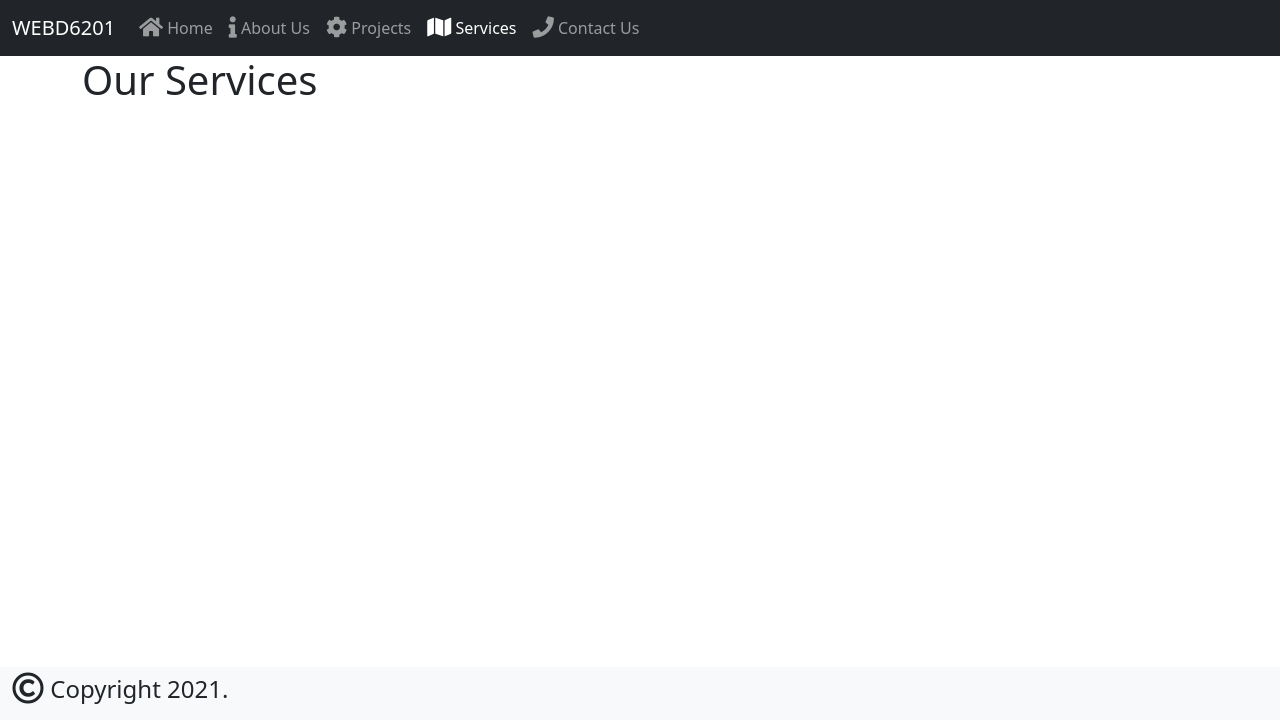
Repository: MuzhdaEhsan/WEBD6201-W2021-ICE1
Page: WEBD6201-W2021-ICE1/services.html
These files come from the project's save history. The page is drawn as it stood at one moment and after the next save; the edit follows.
The browser window is 1280 px wide. The pictures show the whole page.

Above is the page before, as saved 2021-01-22 01:12:45.
Console error: TypeError: Cannot set properties of null (setting 'textContent')

### WEBD6201-W2021-ICE1/services.html
<!DOCTYPE html>
<html lang="en">
<head>
    <meta charset="UTF-8">
    <meta name="viewport" content="width=device-width, initial-scale=1.0">
    <title>Services</title>
    <!-- CSS Section -->
    <link rel="stylesheet" href="./node_modules/bootstrap/dist/css/bootstrap.min.css">
    <link rel="stylesheet" href="./node_modules/@fortawesome/fontawesome-free/css/all.min.css">
    <link rel="stylesheet" href="./Content/app.css">
</head>
<body>
    <!-- Main Header -->
    <header>
        <!-- Main Navigation -->
        <nav class="navbar navbar-expand-lg navbar-dark bg-dark">
            <div class="container-fluid">
              <a class="navbar-brand" href="index.html">WEBD6201</a>
              <button class="navbar-toggler" type="button" data-bs-toggle="collapse" data-bs-target="#navbarSupportedContent" aria-controls="navbarSupportedContent" aria-expanded="false" aria-label="Toggle navigation">
                <span class="navbar-toggler-icon"></span>
              </button>
              <div class="collapse navbar-collapse" id="navbarSupportedContent">
                <ul class="navbar-nav me-auto mb-2 mb-lg-0">
                  <li class="nav-item">
                    <a class="nav-link" aria-current="page" href="index.html"><i class="fas fa-home fa-lg"></i> Home</a>
                  </li>

                  <li class="nav-item">
                    <a class="nav-link" aria-current="page" href="about.html"><i class="fas fa-info fa-lg"></i> About Us</a>
                  </li>

                  <li class="nav-item">
                    <a class="nav-link" aria-current="page" href="projects.html"><i class="fas fa-cog fa-lg"></i> Projects</a>
                  </li>

                  <li class="nav-item">
                    <a class="nav-link active" aria-current="page" href="services.html"><i class="fas fa-map fa-lg"></i> Services</a>
                  </li>

                  <li class="nav-item">
                    <a class="nav-link" aria-current="page" href="contact.html"><i class="fas fa-phone fa-lg"></i> Contact Us</a>
                  </li>
                </ul>
              </div>
            </div>
          </nav>
    </header>

    <!-- Main Content -->
    <main class="container">
        <h1>Our Services</h1>
    </main>

    <!-- Main Footer -->
    <footer>
        <nav class="navbar fixed-bottom navbar-light bg-light">
            <div class="container-fluid">
              <h4><i class="far fa-copyright fa-lg"></i> Copyright 2021.</h4>
            </div>
          </nav>
    </footer>

    <!-- Script Section-->
    <script src="./node_modules/jquery/dist/jquery.min.js"></script>
    <script src="./node_modules/bootstrap/dist/js/bootstrap.bundle.min.js"></script>
    <script src="./Scripts/app.js"></script>
</body>
</html>

### WEBD6201-W2021-ICE1/Scripts/app.js
/* custom JavaScript goes here */

//IIFE - Immediately Invoked Function Expression
//AKA - Anonymous Self-Executing Function
//Closure - limits scope leak

"use strict";

(function()
{

    function Start()
    {
        console.log("App Started...");

        let paragraphOneText = "This is a simple site to demonstrate DOM Manipulation for ICE 1";

        let paragraphOneElement = document.getElementById("paragraphOne");

        paragraphOneElement.textContent = paragraphOneText;
        paragraphOneElement.className = "fs-5";

        // Step 1. document.createElement
        let newParagraph = document.createElement("p");
        // Step 2. configure the element
        newParagraph.setAttribute("id","paragraphTwo");
        newParagraph.textContent = "...And this is paragraph two";
        // Step 3. select the parent element
        let mainContent = document.getElementsByTagName("main")[0];
        // Step 4. Add / Insert the element
        mainContent.appendChild(newParagraph);

        newParagraph.className = "fs-6";

        // another way of injecting content
        //let paragraphThree =`<p class="fs-7 fw-bold">And this is the Third Paragraph</p>`
        //mainContent.innerHTML = paragraphThree;


        /*let paragraph = document.createElement('div');
        let paragraphThree = '<p id="paragraphThree" class="fs-7 fw-" ';
        let paragraphDiv.innerHTML = paragraphThree;

        newParagraph.before(paragraphDiv)

        //paragraphOneElement.remove();

        mainContent.removeChild(paragraphOneElement);*/


        //update
        mainContent.firstElementChild.textContent = "Welcome Home";

        mainContent.innerHTML =
        `<h1 id="firstHeading">Welcome to Webd</h1>
        <p id = "paragraphOne" class="fs-3 fw-bold">this is my first paragraph</p>
        `;
    }

    window.addEventListener("load", Start);

})();

Loaded but not shown: WEBD6201-W2021-ICE1/node_modules/bootstrap/dist/css/bootstrap.min.css (library); WEBD6201-W2021-ICE1/node_modules/@fortawesome/fontawesome-free/css/all.min.css (library); WEBD6201-W2021-ICE1/Content/app.css (common file); WEBD6201-W2021-ICE1/node_modules/jquery/dist/jquery.min.js (library); WEBD6201-W2021-ICE1/node_modules/bootstrap/dist/js/bootstrap.bundle.min.js (library)

After the next save:
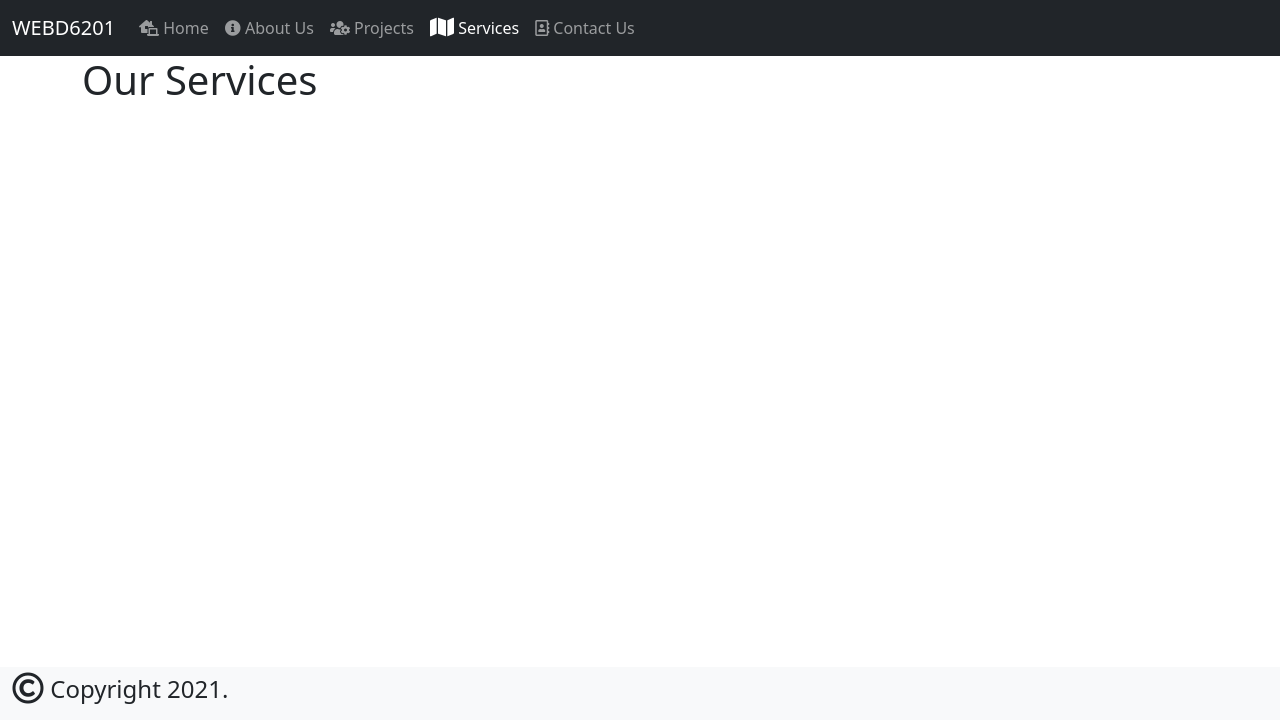
Saved 22 s later.
--- a/WEBD6201-W2021-ICE1/services.html
+++ b/WEBD6201-W2021-ICE1/services.html
@@ -22,15 +22,15 @@
               <div class="collapse navbar-collapse" id="navbarSupportedContent">
                 <ul class="navbar-nav me-auto mb-2 mb-lg-0">
                   <li class="nav-item">
-                    <a class="nav-link" aria-current="page" href="index.html"><i class="fas fa-home fa-lg"></i> Home</a>
+                    <a class="nav-link" aria-current="page" href="index.html"><i class="fas fa-laptop-house"></i> Home</a>
                   </li>
 
                   <li class="nav-item">
-                    <a class="nav-link" aria-current="page" href="about.html"><i class="fas fa-info fa-lg"></i> About Us</a>
+                    <a class="nav-link" aria-current="page" href="about.html"><i class="fas fa-info-circle"></i> About Us</a>
                   </li>
 
                   <li class="nav-item">
-                    <a class="nav-link" aria-current="page" href="projects.html"><i class="fas fa-cog fa-lg"></i> Projects</a>
+                    <a class="nav-link" aria-current="page" href="projects.html"><i class="fas fa-users-cog"></i> Projects</a>
                   </li>
 
                   <li class="nav-item">
@@ -38,7 +38,7 @@
                   </li>
 
                   <li class="nav-item">
-                    <a class="nav-link" aria-current="page" href="contact.html"><i class="fas fa-phone fa-lg"></i> Contact Us</a>
+                    <a class="nav-link" aria-current="page" href="contact.html"><i class="far fa-address-book"></i> Contact Us</a>
                   </li>
                 </ul>
               </div>
